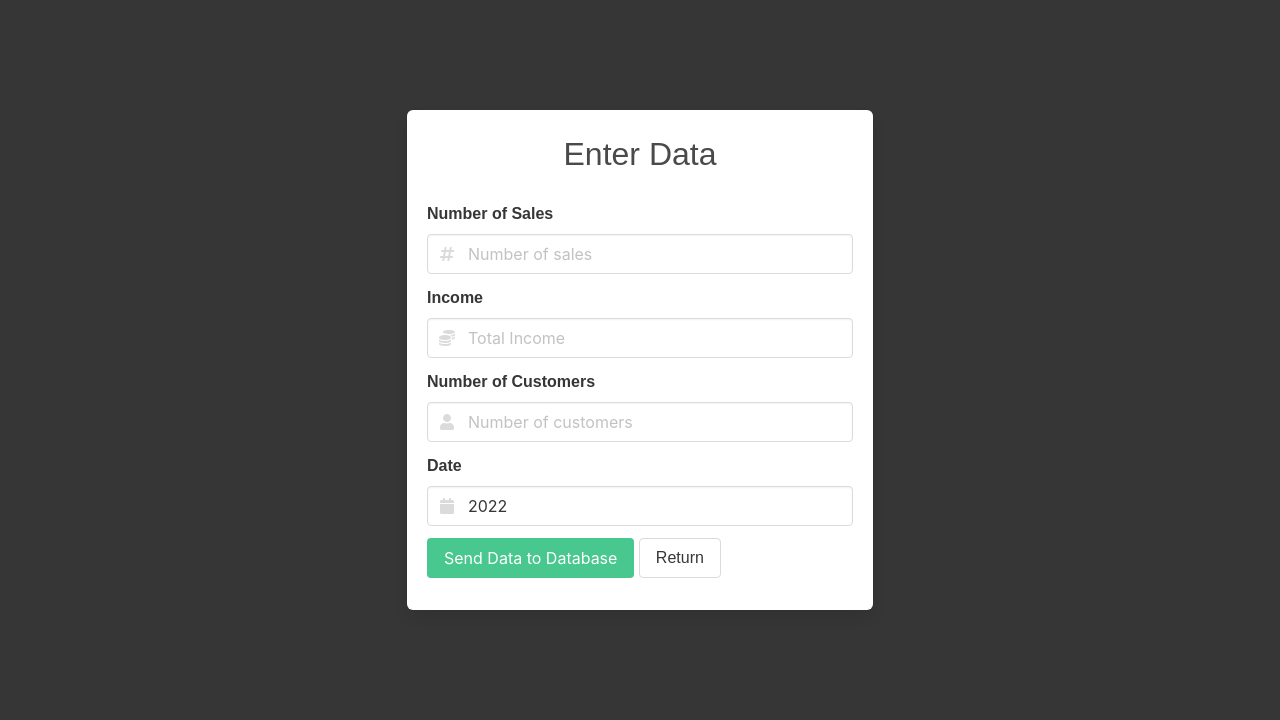
Repository: EmmanuelKeifala/Hackathon
Page: http://localhost/upload/
An editor plug-in stored every save of this project. The page is shown before and after the next save, followed by the edit.
The browser window is 1280 px wide. The pictures show the whole page.
Some web fonts or font styles are not loaded; a fallback is used. Some web libraries are served in a nearby version. The page is served by the project's application, run on Django 3.2 (manage.py).

Above is the page before, as saved 2022-10-29 06:56:25.

After the next save:
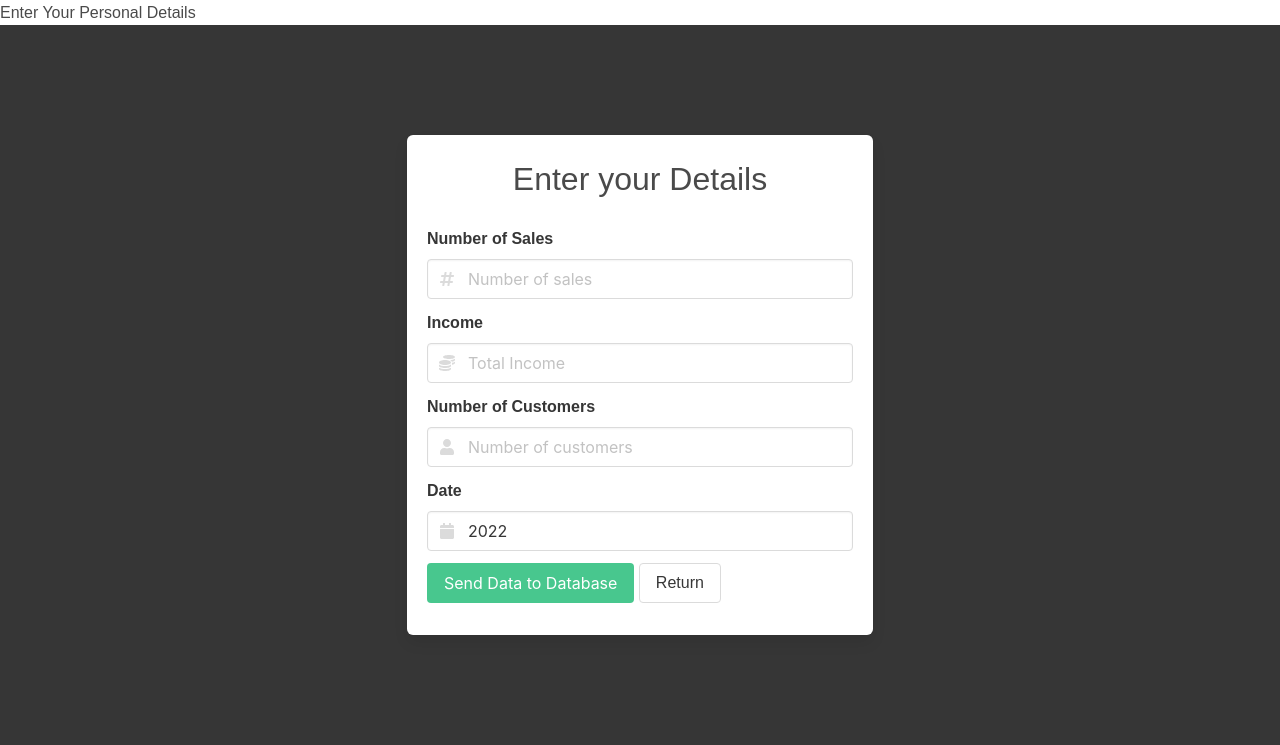
Saved 35 s later.
--- a/users/templates/users/upload.html
+++ b/users/templates/users/upload.html
@@ -4,7 +4,7 @@
   <head>
     <meta charset="utf-8" />
     <meta name="viewport" content="width=device-width, initial-scale=1" />
-    <title>Enter data for business</title>
+    <etailstitle>Enter Your Personal Details</etailstitle>
     <link
       href="https://fonts.googleapis.com/css2?family=Quicksand:wght@600&display=swap"
       rel="stylesheet"
@@ -89,7 +89,9 @@
               >
                 {% csrf_token %}
 
-                <h1 class="has-text-centered mb-5 is-size-3">Enter Data</h1>
+                <h1 class="has-text-centered mb-5 is-size-3">
+                  Enter your Details
+                </h1>
 
                 <div class="field">
                   <label for="" class="label">Number of Sales</label>
